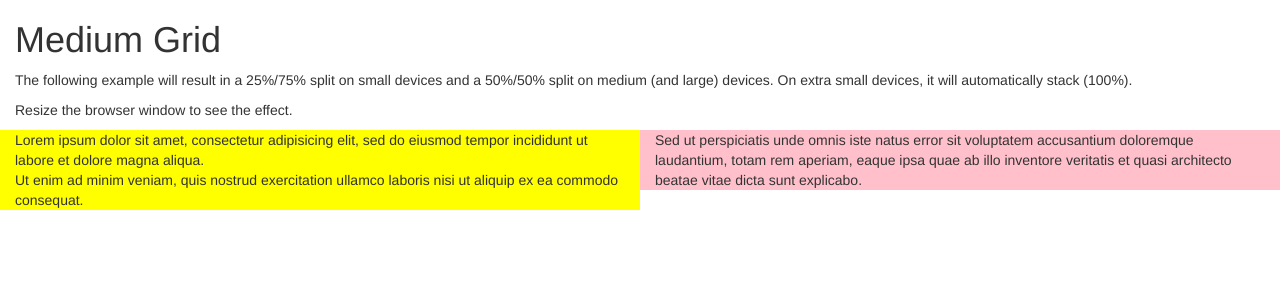
Repository: IreneCho/sk
Page: jqmTest/WebContent/day16/i.html
An editor plug-in stored every save of this project. The page is shown before and after the next save, followed by the edit.
The browser window is 1280 px wide. The pictures show the whole page.

Above is the page before, as saved 2016-08-19 00:10:36.

After the next save:
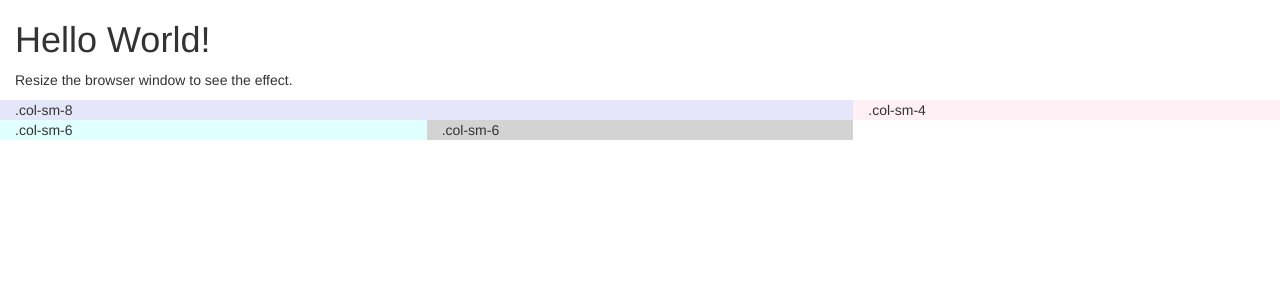
Saved 9 min 30 s later.
--- a/jqmTest/WebContent/day16/i.html
+++ b/jqmTest/WebContent/day16/i.html
@@ -11,17 +11,16 @@
 <body>
 
 <div class="container-fluid">
-  <h1>Medium Grid</h1>
-  <p>The following example will result in a 25%/75% split on small devices and a 50%/50% split on medium (and large) devices. On extra small devices, it will automatically stack (100%).</p>
+  <h1>Hello World!</h1>
   <p>Resize the browser window to see the effect.</p>
   <div class="row">
-    <div class="col-sm-3 col-md-6" style="background-color:yellow;">
-      Lorem ipsum dolor sit amet, consectetur adipisicing elit, sed do eiusmod tempor incididunt ut labore et dolore magna aliqua.<br>
-      Ut enim ad minim veniam, quis nostrud exercitation ullamco laboris nisi ut aliquip ex ea commodo consequat.
+    <div class="col-sm-8" style="background-color:lavender;">.col-sm-8
+      <div class="row">
+        <div class="col-sm-6" style="background-color:lightcyan;">.col-sm-6</div>
+        <div class="col-sm-6" style="background-color:lightgray;">.col-sm-6</div>
+      </div>
     </div>
-    <div class="col-sm-9 col-md-6" style="background-color:pink;">
-      Sed ut perspiciatis unde omnis iste natus error sit voluptatem accusantium doloremque laudantium, totam rem aperiam, eaque ipsa quae ab illo inventore veritatis et quasi architecto beatae vitae dicta sunt explicabo.
-    </div>
+    <div class="col-sm-4" style="background-color:lavenderblush;">.col-sm-4</div>
   </div>
 </div>
 
